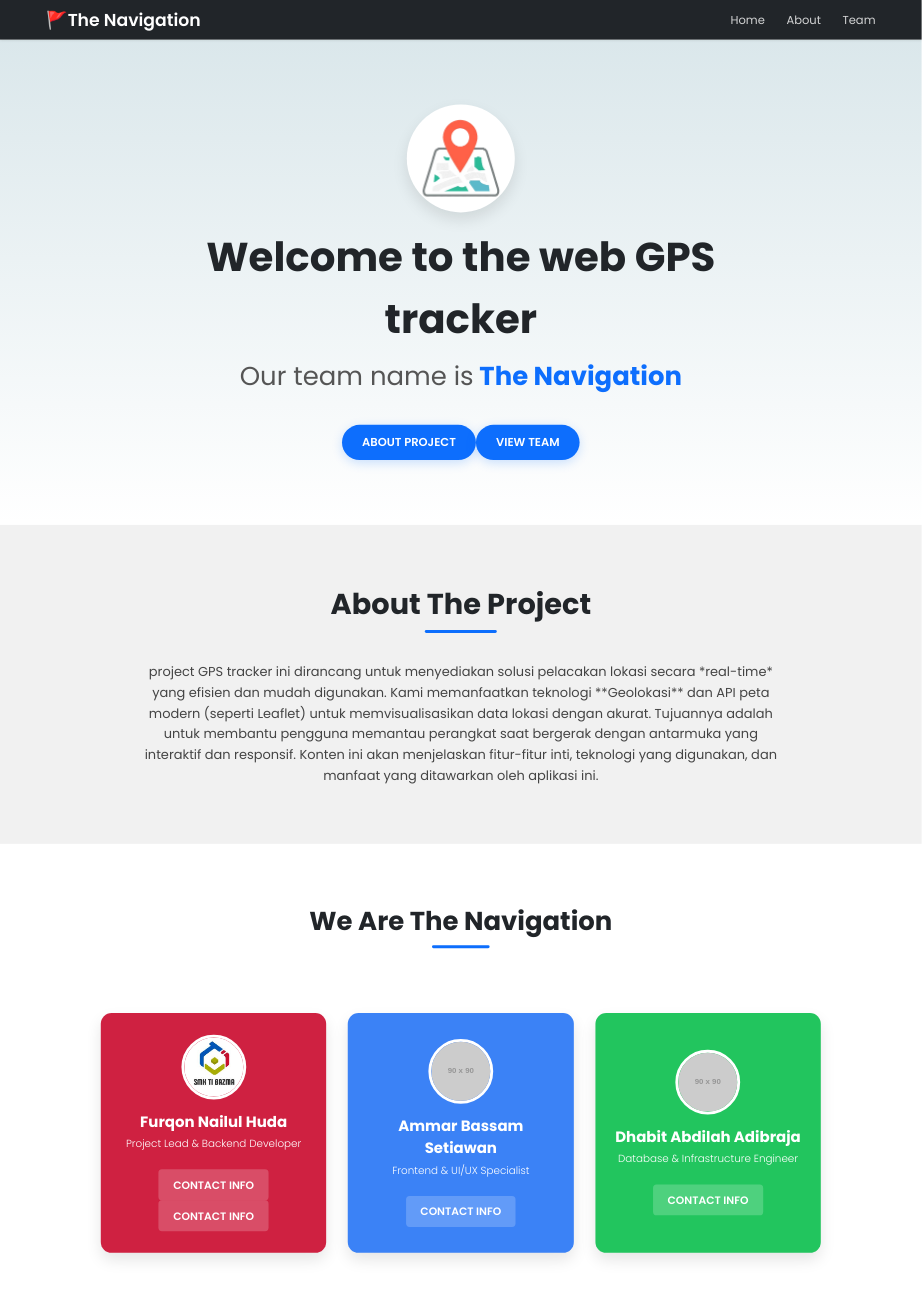
Repository: ammarsetiawan/gps-traker
Page: about.html
These files come from the project's save history. The page is drawn as it stood at one moment and after a run of saves; the edit follows.
The browser window is 1280 px wide. The pictures show the whole page, at 72% of full size.

Above is the page before, as saved 2025-11-27 16:43:46.

After the next 3 saves:
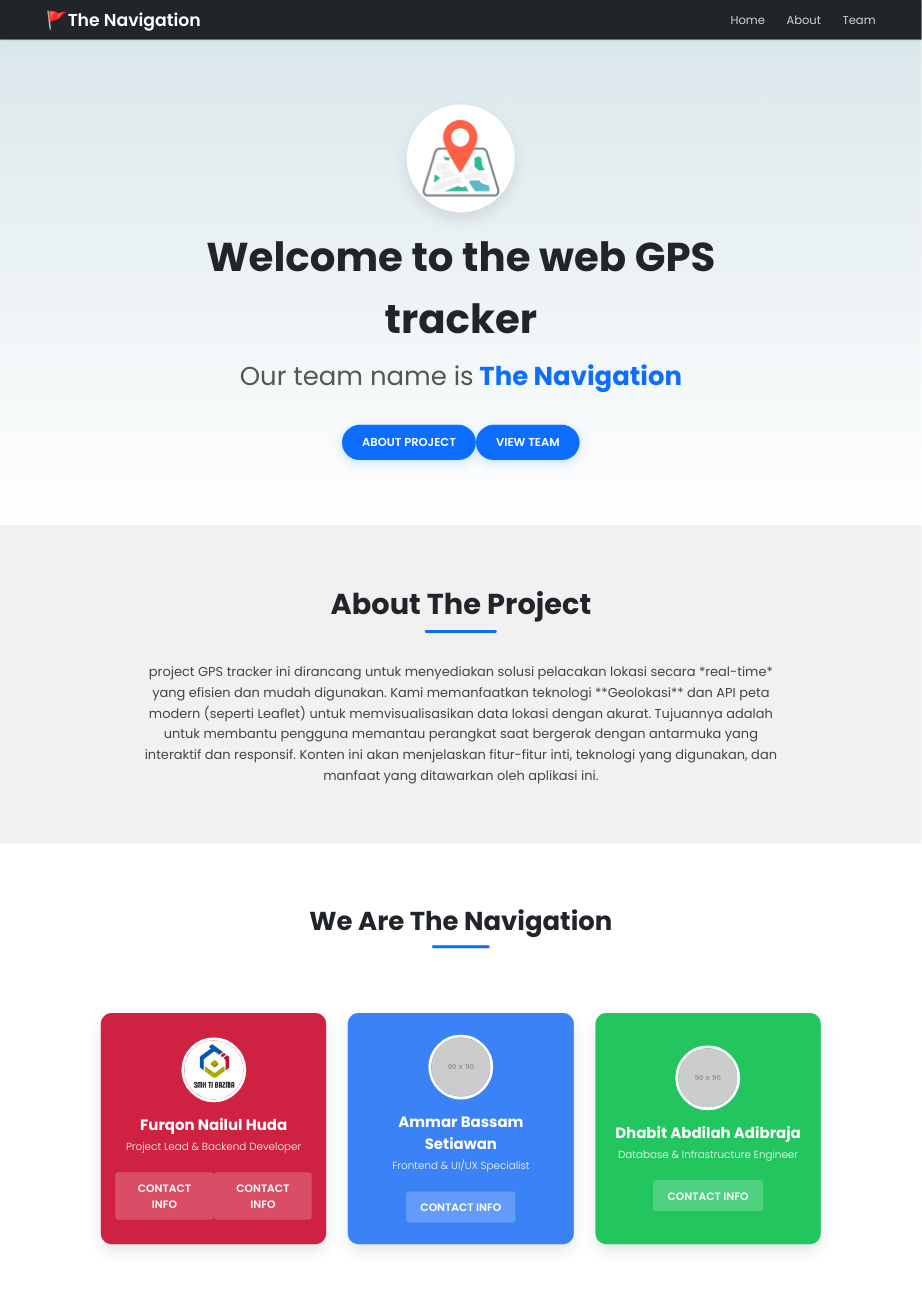
The 3 saves are shown as one change because they came seconds apart.
The last was saved 34 s later.
--- a/about.html
+++ b/about.html
@@ -521,7 +521,7 @@
                     alt="Furqon Nailul Huda Avatar">
                 <p class="tip">Furqon Nailul Huda</p>
                 <p class="second-text">Project Lead & Backend Developer</p>
-                <div class="button-">
+                <div class="button-group">
 
                     <a href="#" class="btn-custom">Contact Info</a>
                     <a href="#" class="btn-custom">Contact Info</a>

After the 4 saves that followed:
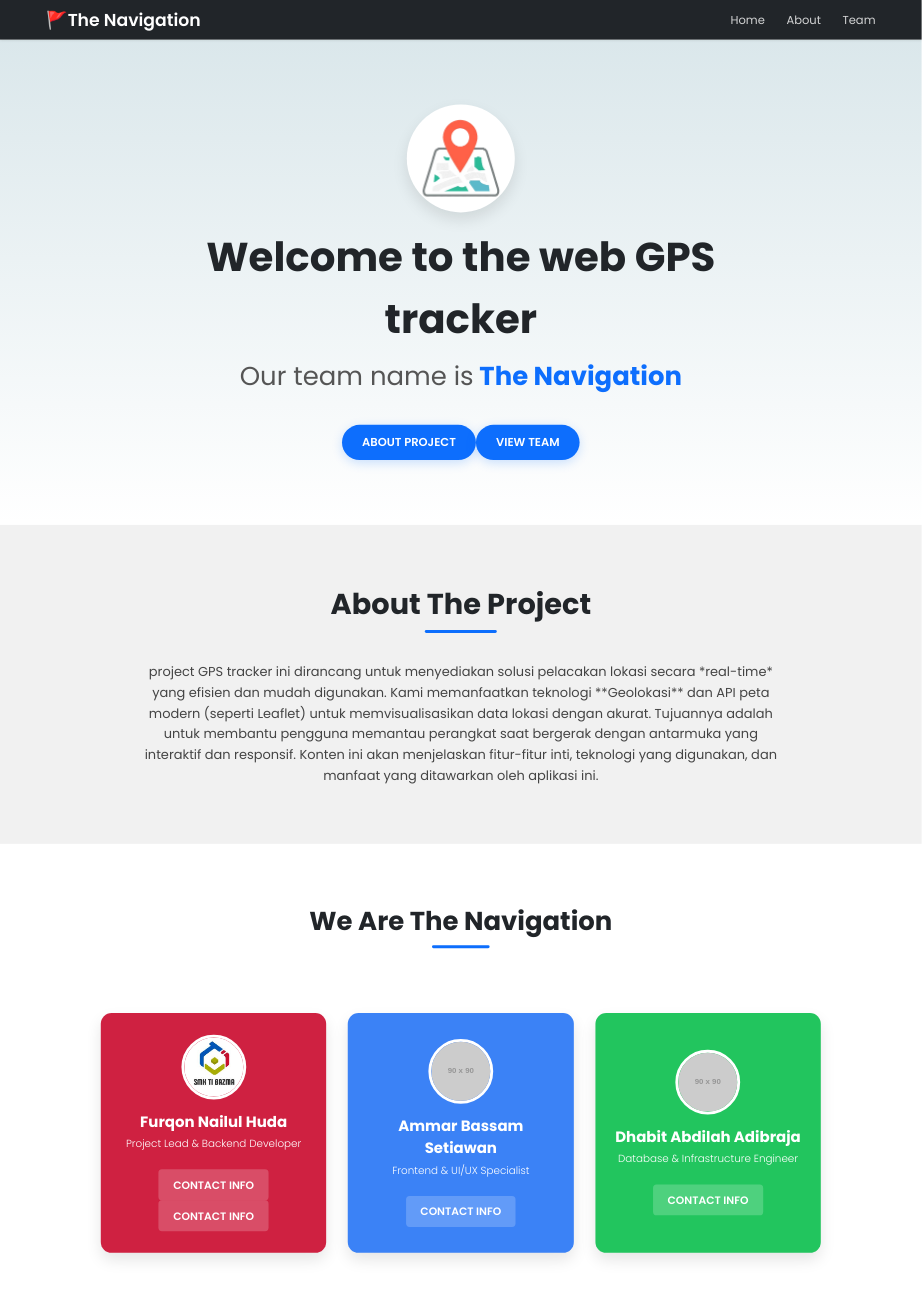
The 4 saves are shown as one change because they came seconds apart.
The last was saved 21 s later.
--- a/about.html
+++ b/about.html
@@ -309,6 +309,7 @@
             background-color: var(--green-card);
         }
 
+
         .cards .card img {
             width: 90px;
             height: 90px;
@@ -521,7 +522,7 @@
                     alt="Furqon Nailul Huda Avatar">
                 <p class="tip">Furqon Nailul Huda</p>
                 <p class="second-text">Project Lead & Backend Developer</p>
-                <div class="button-group">
+                <div class="button-">
 
                     <a href="#" class="btn-custom">Contact Info</a>
                     <a href="#" class="btn-custom">Contact Info</a>
